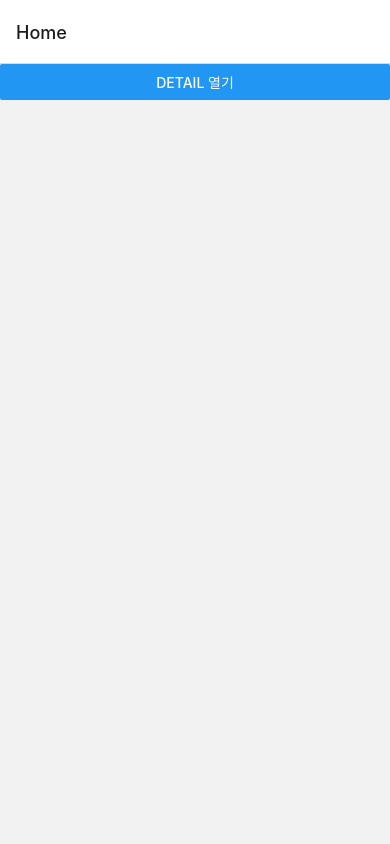
Repository: H-Rn-Study/haebzzang
Screen: /Home (app in LearnReactNavigation/)
These files come from the project's save history. The screen is drawn as it stood at one moment and after the next save; the edit follows.
The app was drawn by React Native's web renderer in a window 390 px wide. The project was rebuilt for these pictures with package versions that can differ from the ones it lists, and the page was loaded fresh each time. Also part of the build but not shown: LearnReactNavigation/screen/DetailScreen.js.

Above is the screen before, as saved 2022-11-01 20:32:03.

### LearnReactNavigation/App.js
import React from 'react';
import {NavigationContainer} from '@react-navigation/native';
import {createNativeStackNavigator} from '@react-navigation/native-stack';
import HomeScreen from './screen/HomeScreen';
import DetailScreen from './screen/DetailScreen';

const Stack = createNativeStackNavigator();

function App() {
  return <NavigationContainer>
    <Stack.Navigator initialRouteName = "Home">
      <Stack.Screen name = "Home" component = {HomeScreen} />
      <Stack.Screen name = "Detail" component = {DetailScreen} />
    </Stack.Navigator>
    </NavigationContainer>
}

export default App;

### LearnReactNavigation/screen/HomeScreen.js
import React from 'react';
import {View, Button} from 'react-native';

function HomeScreen({navigation}) {
    return (
        <View>
            <Button title = "Detail 열기"
        onPress = {() => navigation.navigate('Detail')}/>
        </View>
    );
}

export default HomeScreen;

After the next save:
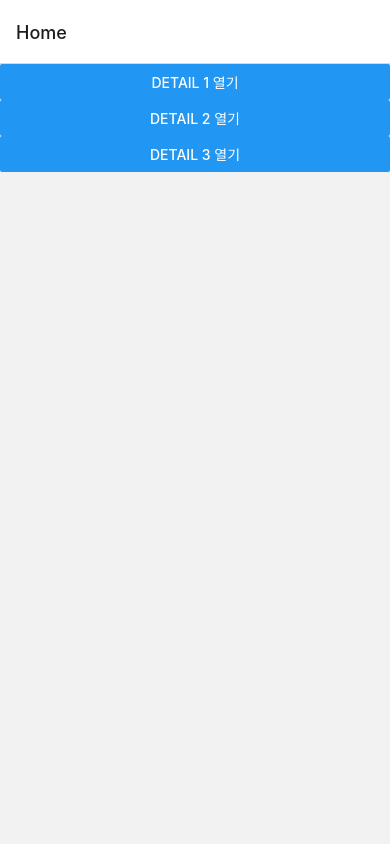
Saved 2 min 48 s later.
--- a/LearnReactNavigation/screen/HomeScreen.js
+++ b/LearnReactNavigation/screen/HomeScreen.js
@@ -4,8 +4,15 @@ import {View, Button} from 'react-native';
 function HomeScreen({navigation}) {
     return (
         <View>
-            <Button title = "Detail 열기"
-        onPress = {() => navigation.navigate('Detail')}/>
+            <Button
+            title = "Detail 1 열기"
+            onPress = {() => navigation.push('Detail', {id : 1})}/>
+            <Button
+            title = "Detail 2 열기"
+            onPress = {() => navigation.push('Detail', {id : 2})} />
+            <Button
+            title = "Detail 3 열기"
+            onPress = {() => navigation.push('Detail', {id : 3})} />
         </View>
     );
 }
